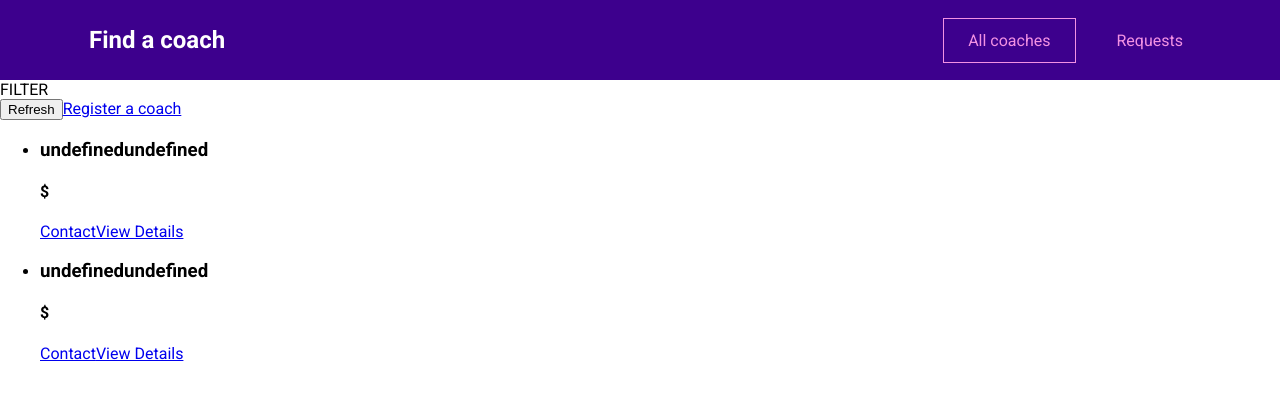
Repository: DaveBaulch/vue-course-find-a-coach
Page: /
The author's editor kept a copy of each file at every save. The page is drawn from the files as they stood at one save, then again after a run of saves.
The browser window is 1280 px wide. The pictures show the whole page.
The project was rebuilt for these pictures with package versions that can differ from the ones it lists, and the page was loaded fresh each time. Also part of the build but not shown: src/pages/coaches/CoachDetail.vue, src/pages/coaches/CoachRegistration.vue, src/pages/requests/ContactCoach.vue, src/pages/requests/RequestsReceived.vue. Imported but missing from the stored project, and not drawn on this page: src/pages/NotFound.vue.

Above is the page before, as saved 2021-01-23 14:41:14.

After the next 3 saves:
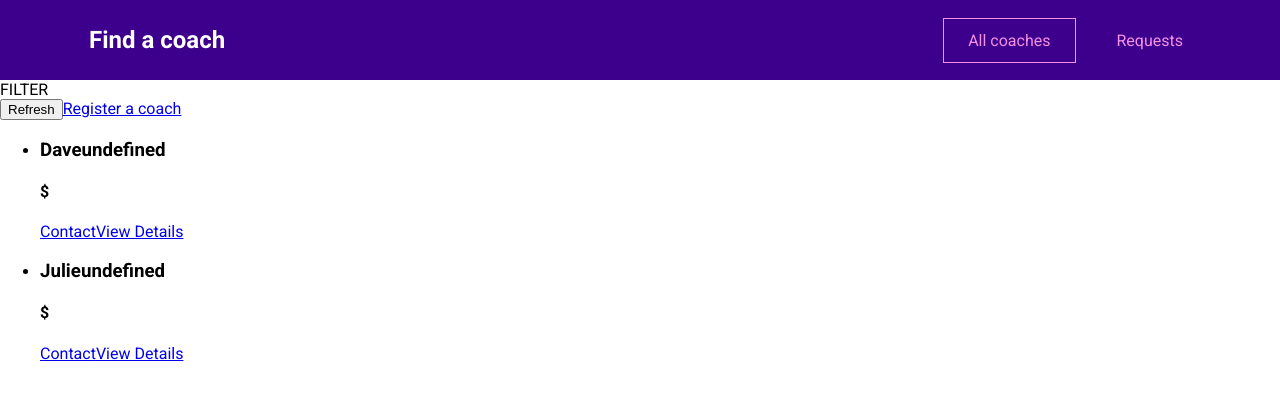
The 3 saves are shown as one change because 1 did not build or start and some came seconds apart.
The last was saved 13 s later.
--- a/src/pages/coaches/CoachesList.vue
+++ b/src/pages/coaches/CoachesList.vue
@@ -9,7 +9,7 @@
       <router-link to="/register">Register a coach</router-link>
     </div>
     <ul v-if="hasCoaches">
-      <coach-item v-for="coach in filteredCoaches" :key="coach.id" :id="coach.id"></coach-item>
+      <coach-item v-for="coach in filteredCoaches" :key="coach.id" :id="coach.id" :first-name="coach.firstName"></coach-item>
     </ul>
     <h3 v-else>No coaches found</h3>
   </section>
